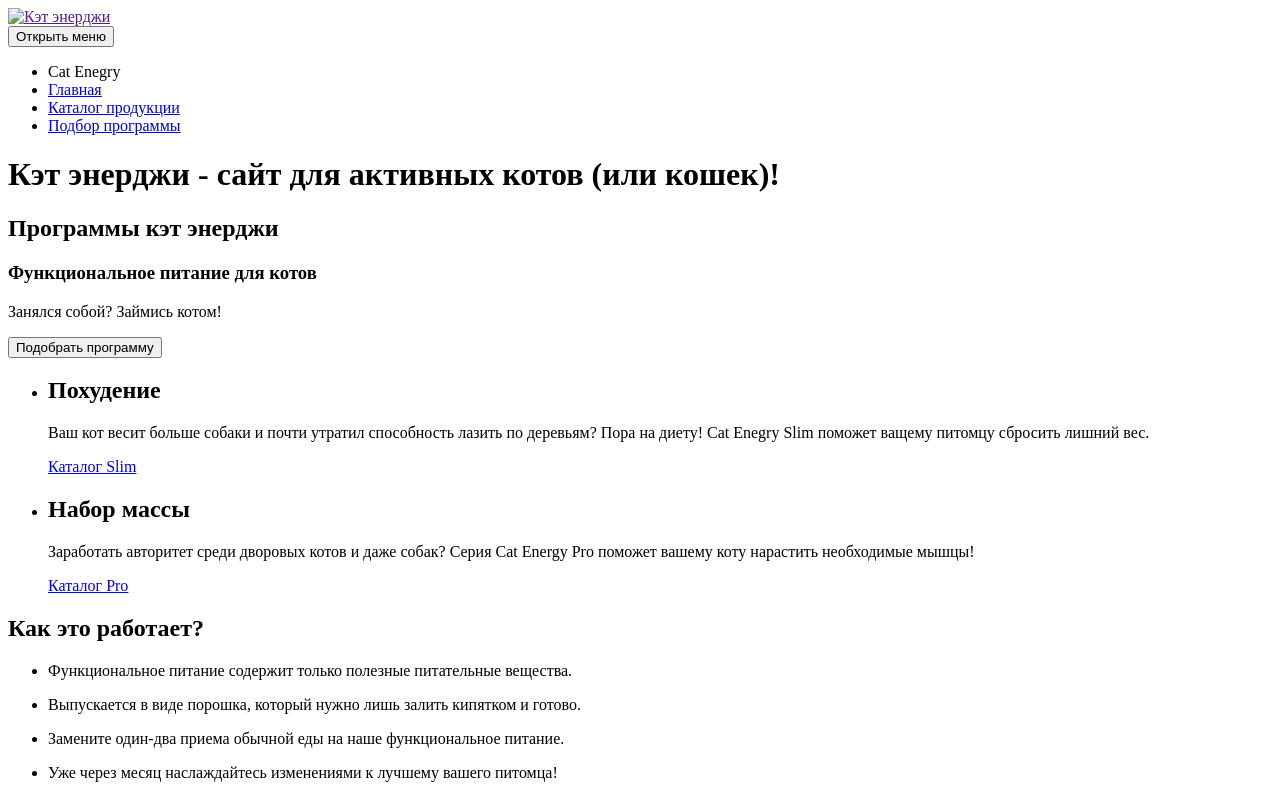
Repository: infernotw/1054987-cat-energy-17
Page: source/index.html
An editor plug-in stored every save of this project. The page is shown before and after the next save, followed by the edit.
The browser window is 1280 px wide. The pictures show the whole page.

Above is the page before, as saved 2019-07-17 04:27:35.

### source/index.html
<!DOCTYPE html>
<html lang="ru">

<head>
  <meta charset="utf-8">
  <title>HTML Academy: Кэт энерджи</title>
</head>

<body>

  <header class="page-header">
    <a href="" class="page-header__logo">
      <img src="#" alt="Кэт энерджи" width="" height="" class="page-header__logo-image">
    </a>
    <nav class="main-nav">
      <button class="main-nav__toggle" type="button">Открыть меню</button>
      <div class="main-nav__wrapper">
        <ul class="main-nav__list site-list">
          <li class="site-list__item">
            <a class="site-list__item site-list__item--active">Cat Enegry</a>
          </li>
          <li class="site-list__item">
            <a href="#">Главная</a>
          </li>
          <li class="site-list__item">
            <a href="catalog.html">Каталог продукции</a>
          </li>
          <li class="site-list__item">
            <a href="form.html">Подбор программы</a>
          </li>
        </ul>
      </div>
    </nav>
  </header>

  <main class="page-main">
    <h1 class="visually-hidden">Кэт энерджи - сайт для активных котов (или кошек)!</h1>
    <section class="program">
      <header class="program__header">
        <h2 class="visually-hidden">Программы кэт энерджи</h2>
        <h3 class="program__about">Функциональное питание для котов</h3>
        <p class="program__info">Занялся собой? Займись котом!</p>
        <button class="program__button" type="button">Подобрать программу</button>
      </header>
      <div class="program__wrapper">
        <ul class="program__list">
          <li class="program__item program__item--slim">
            <h2 class="program__title">Похудение</h2>
            <p class="program__description">Ваш кот весит больше собаки и почти утратил способность лазить по деревьям?
              Пора на диету! Cat Enegry Slim поможет ващему питомцу сбросить лишний вес.</p>
            <a class="program__button" href="#">Каталог Slim</a>
          </li>
          <li class="program__item program__item--pro">
            <h2 class="program__title">Набор массы</h2>
            <p class="program__description">Заработать авторитет среди дворовых котов и даже собак? Серия Cat Energy Pro
              поможет вашему коту нарастить необходимые мышцы!</p>
            <a class="program__button" href="#">Каталог Pro</a>
          </li>
        </ul>
      </div>
    </section>
    <section class="how-it-works">
      <div class="how-it-works__wrapper">
        <h2 class="how-it-works__title">Как это работает?</h2>
        <ul class="how-it-works__list">
          <li class="how-it-works__item how-it-works__item--food">
            <p class="how-it-works__description">Функциональное питание содержит только полезные питательные вещества.
            </p>
          </li>
          <li class="how-it-works__item how-it-works__item--water">
            <p class="how-it-works__description">Выпускается в виде порошка, который нужно лишь залить кипятком и
              готово.</p>
          </li>
          <li class="how-it-works__item how-it-works__item--change">
            <p class="how-it-works__description">Замените один-два приема обычной еды на наше функциональное питание.
            </p>
          </li>
          <li class="how-it-works__item how-it-works__item--time">
            <p class="how-it-works__description">Уже через месяц наслаждайтесь изменениями к лучшему вашего питомца!</p>
          </li>
        </ul>
      </div>


    </section>



  </main>

</body>

</html>

After the next save:
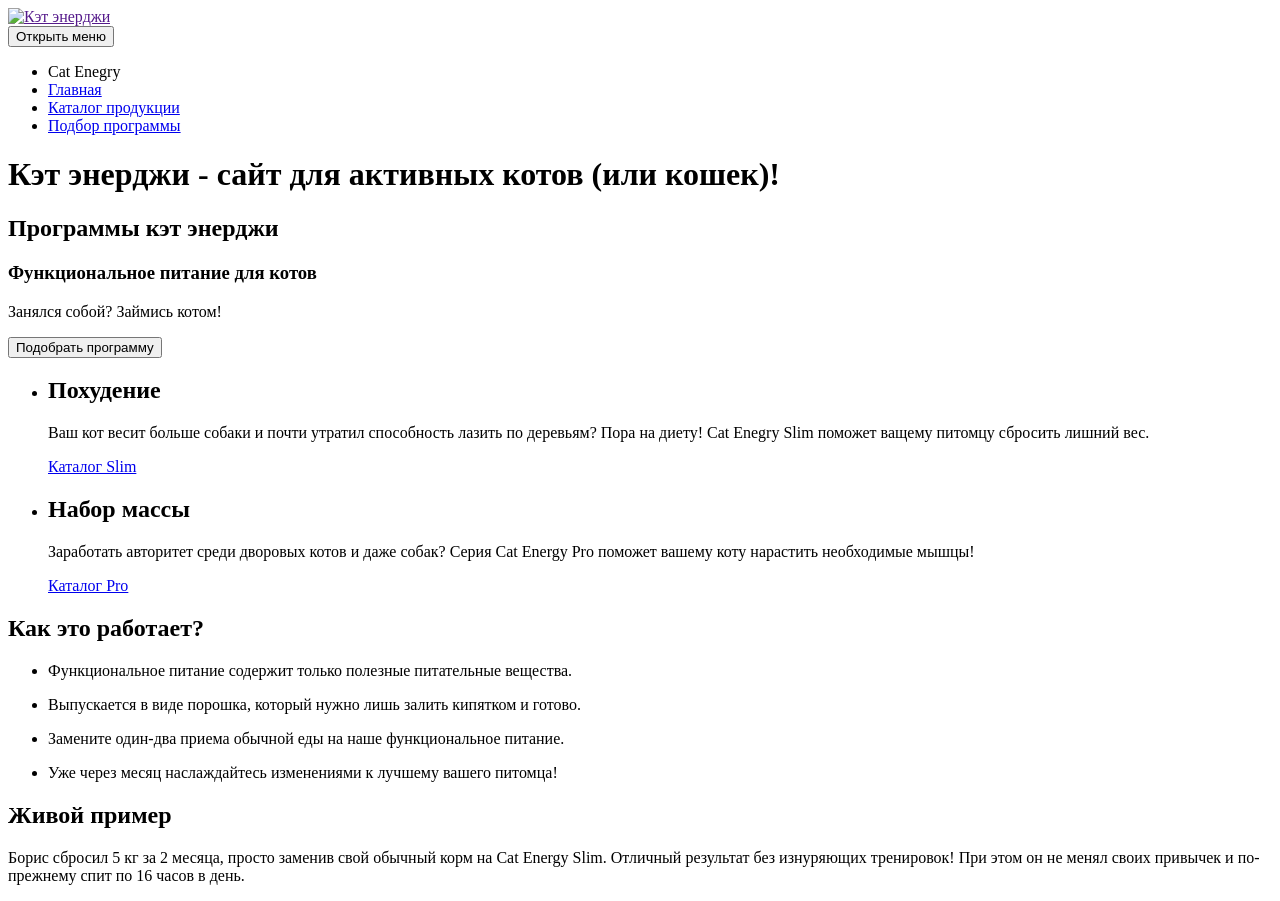
Saved 2 min 24 s later.
--- a/source/index.html
+++ b/source/index.html
@@ -80,8 +80,14 @@
           </li>
         </ul>
       </div>
-
-
+    </section>
+    <section class="example">
+      <div class="example__wrapper">
+        <h2 class="example__title">Живой пример</h2>
+        <p class="example__description">Борис сбросил 5 кг за 2 месяца, просто заменив свой обычный корм на Cat Energy
+          Slim. Отличный результат без изнуряющих тренировок! При этом он не менял своих привычек и по-прежнему спит по
+          16 часов в день.</p>
+      </div>
     </section>
 
 
